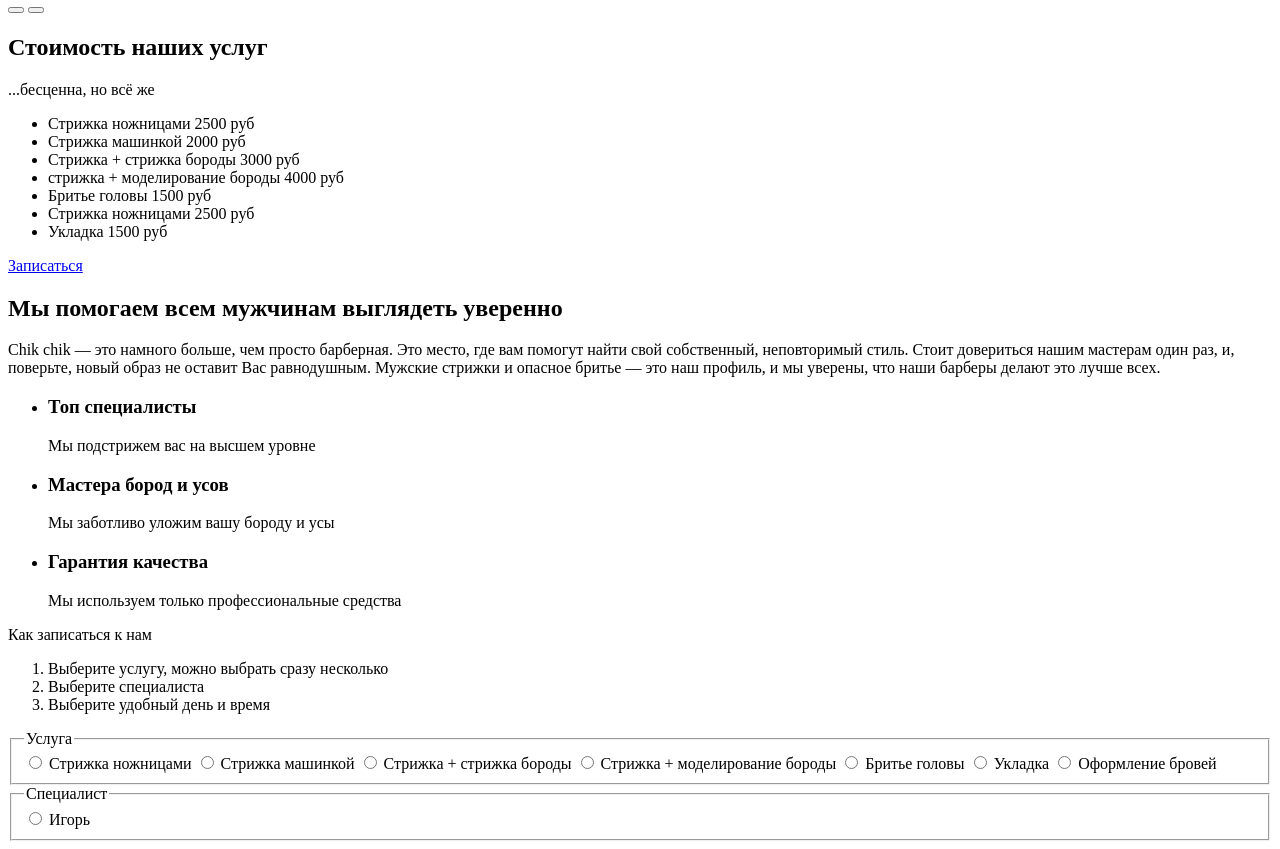
Repository: alexboagreek/chick-chick
Page: index.html
An editor plug-in stored every save of this project. The page is shown before and after a run of saves, followed by the edit.
The browser window is 1280 px wide. The pictures show the part of the page from y = 3047 to 3896 px (the page is 3896 px tall).
A picture or video elsewhere on the page could not be fetched, so the positions and the page height are approximate.

Above is the page before, as saved 2023-01-17 15:31:40.

### index.html
<!DOCTYPE html>
<html lang="ru">
<head>
    <meta charset="UTF-8">
    <meta http-equiv="X-UA-Compatible" content="IE=edge">
    <meta name="viewport" content="width=device-width, initial-scale=1.0">
    <title>Chick-Chick BarberShop</title>
</head>
<body>
    <header class="header">
        <div class="container">
            <img class="header__logo" src="assets/img/logo.svg" alt="логотип барбершоп Chick-Chick">

            <nav class="navigation header__navigation">
                <ul class="navigation__list">
                    <li class="navigation__item">
                        <a href="#price" class="navigation__link">Стоимость услуг</a>
                    </li>
                    <li class="navigation__item">
                        <a href="#about" class="navigation__link">О нас</a>
                    </li>
                </ul>
            </nav>

            <a href="#reserve" class="header__link main-link">Записаться</a>
        </div>
    </header>

    <main>
        <section class="hero">
            <div class="container">
                <h1 class="hero__title">
                    <span class="visually-hiddden">Барбершоп Chick-Chick</span>
                    <span>
                        Мы создаём искусство, которое не стыдно показать
                    </span>
                </h1>
               <div class="slider hero__slider">
                <div class="slider__container">
                    <ul class="slider__list">
                        <li class="slider__item">
                            <img src="assets/img/slide_01.jpg" alt="модельная стрижка" class="slider__img">
                        </li>
                        <li class="slider__item">
                            <img src="assets/img/slide_3.svg" alt="модельная стрижка" class="slider__img">
                        </li>
                        <li class="slider__item">
                            <img src="assets/img/slide_4.svg" alt="модельная стрижка" class="slider__img">
                        </li>
                        <li class="slider__item">
                            <img src="assets/img/slide_4.svg" alt="модельная стрижка" class="slider__img">
                        </li>
                        <li class="slider__item">
                            <img src="assets/img/slide_4.svg" alt="модельная стрижка" class="slider__img">
                        </li>
                        <li class="slider__item">
                            <img src="assets/img/slide_4.svg" alt="модельная стрижка" class="slider__img">
                        </li>
                        <li class="slider__item">
                            <img src="assets/img/slide_4.svg" alt="модельная стрижка" class="slider__img">
                        </li>
                        <li class="slider__item">
                            <img src="assets/img/slide_4.svg" alt="модельная стрижка" class="slider__img">
                        </li>
                    </ul>

                    <button class="slider__arrow slider__arrow_left" aria-label="предыдущий слайд"></button>
                    <button class="slider__arrow slider__arrow-right" aria-label="следующий слайд"></button>
                </div>
               </div>
            </div>
        </section>
        <section class="price" id="price">
            <div class="container">
                <h2 class="price__title">Стоимость наших услуг</h2>
                <p class="price__tagline">...бесценна, но всё же</p>

                <div class="price_-wrapper-content">
                    <div class="price__content">
                        <ul class="price__list">
                            <li class="price__item">
                                <span class="price__item-title">Стрижка ножницами</span>
                                <span class="price__item-count">2500 руб</span>
                            </li>
                            <li class="price__item">
                                <span class="price__item-title">Стрижка машинкой</span>
                                <span class="price__item-count">2000 руб</span>
                            </li>
                            <li class="price__item">
                                <span class="price__item-title">Стрижка + стрижка бороды</span>
                                <span class="price__item-count">3000 руб</span>
                            </li>
                            <li class="price__item">
                                <span class="price__item-title">стрижка + моделирование бороды</span>
                                <span class="price__item-count">4000 руб</span>
                            </li>
                            <li class="price__item">
                                <span class="price__item-title">Бритье головы</span>
                                <span class="price__item-count">1500 руб</span>
                            </li>
                            <li class="price__item">
                                <span class="price__item-title">Стрижка ножницами</span>
                                <span class="price__item-count">2500 руб</span>
                            </li>
                            <li class="price__item">
                                <span class="price__item-title">Укладка</span>
                                <span class="price__item-count">1500 руб</span>
                            </li>
                        </ul>

                        <a href="#reserve" class="price__link main-link">Записаться</a>
                    </div>
                </div>
            </div>
        </section>
        <section class="about" id="about">
            <div class="container">
                <h2 class="about__title">Мы помогаем всем мужчинам выглядеть уверенно</h2>
                <p class="about__description">
                    Сhik chik — это намного больше, чем просто барберная. Это место, где вам помогут найти свой собственный, неповторимый стиль. Стоит довериться нашим мастерам один раз, и, поверьте, новый образ не оставит Вас равнодушным. Мужские стрижки и опасное бритье — это наш профиль, и мы уверены, что наши барберы делают это лучше всех.
                </p>

                <ul class="about__list">
                    <li class="about__item">
                        <h3 class="about__item-title">Топ специалисты</h3>
                        <p class="about__item-description">Мы подстрижем вас на высшем уровне</p>
                    </li>
                    <li class="about__item">
                        <h3 class="about__item-title">Мастера бород и усов</h3>
                        <p class="about__item-description">Мы заботливо уложим вашу бороду и усы</p>
                    </li>
                    <li class="about__item">
                        <h3 class="about__item-title">Гарантия качества</h3>
                        <p class="about__item-description">Мы используем только профессиональные средства</p>
                    </li>
                </ul>
            </div>
        </section>
        <section class="reserve" id="reserve">
            <div class="container">
                <div class="reserve__title">Как записаться к нам</div>

                <ol class="reserve__list">
                    <li class="reserve__item">Выберите услугу, можно выбрать сразу несколько</li>
                    <li class="reserve__item">Выберите специалиста</li>
                    <li class="reserve__item">Выберите удобный день и время</li>
                </ol>
            </div>

            <form class="reserve__form">
                <div class="reserve__form-container">
                    <fieldset class="reserve__fieldset">
                        <legend class="reserve__legend">Услуга</legend>

                        <label class="radio">
                            <input class="radio__input" type="radio" name="service">
                            <span class="radio__label">Стрижка ножницами</span>
                        </label>

                        <label class="radio">
                            <input class="radio__input" type="radio" name="service">
                            <span class="radio__label">Стрижка машинкой</span>
                        </label>

                        <label class="radio">
                            <input class="radio__input" type="radio" name="service">
                            <span class="radio__label">Стрижка + стрижка бороды</span>
                        </label>

                        <label class="radio">
                            <input class="radio__input" type="radio" name="service">
                            <span class="radio__label">Стрижка + моделирование бороды</span>
                        </label>

                        <label class="radio">
                            <input class="radio__input" type="radio" name="service">
                            <span class="radio__label">Бритье головы</span>
                        </label>
                        <label class="radio">
                            <input class="radio__input" type="radio" name="service">
                            <span class="radio__label">Укладка</span>
                        </label>

                        <label class="radio">
                            <input class="radio__input" type="radio" name="service">
                            <span class="radio__label">Оформление бровей</span>
                        </label>
                    </fieldset>

                    <fieldset class="reserve__fieldset">
                        <legend class="reserve__legend">Специалист</legend>

                        <label class="radio">
                            <input class="radio__input" type="radio" name="spec" >
                            <span class="radio__label">Игорь</span>
                        </label>

                    </fieldset>
                </div>
            </form>
        </section>
    </main>

    <footer class="footer"></footer>
</body>
</html>

After the next 7 saves:
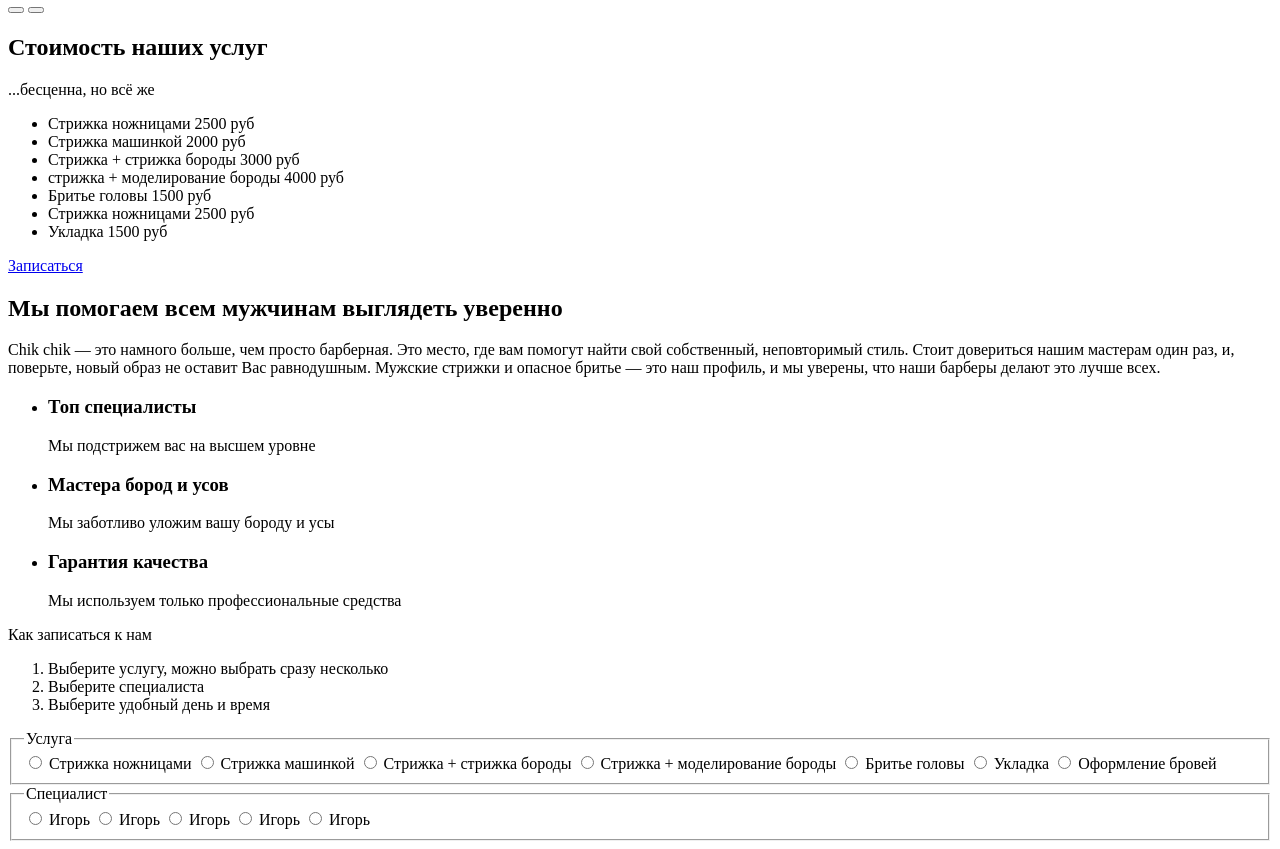
The 7 saves are shown as one change because they came seconds apart.
The last was saved 30 s later.
--- a/index.html
+++ b/index.html
@@ -195,6 +195,26 @@
                             <span class="radio__label">Игорь</span>
                         </label>
 
+                        <label class="radio">
+                            <input class="radio__input" type="radio" name="spec" >
+                            <span class="radio__label">Игорь</span>
+                        </label>
+
+                        <label class="radio">
+                            <input class="radio__input" type="radio" name="spec" >
+                            <span class="radio__label">Игорь</span>
+                        </label>
+
+                        <label class="radio">
+                            <input class="radio__input" type="radio" name="spec" >
+                            <span class="radio__label">Игорь</span>
+                        </label>
+
+                        <label class="radio">
+                            <input class="radio__input" type="radio" name="spec" >
+                            <span class="radio__label">Игорь</span>
+                        </label>
+
                     </fieldset>
                 </div>
             </form>
